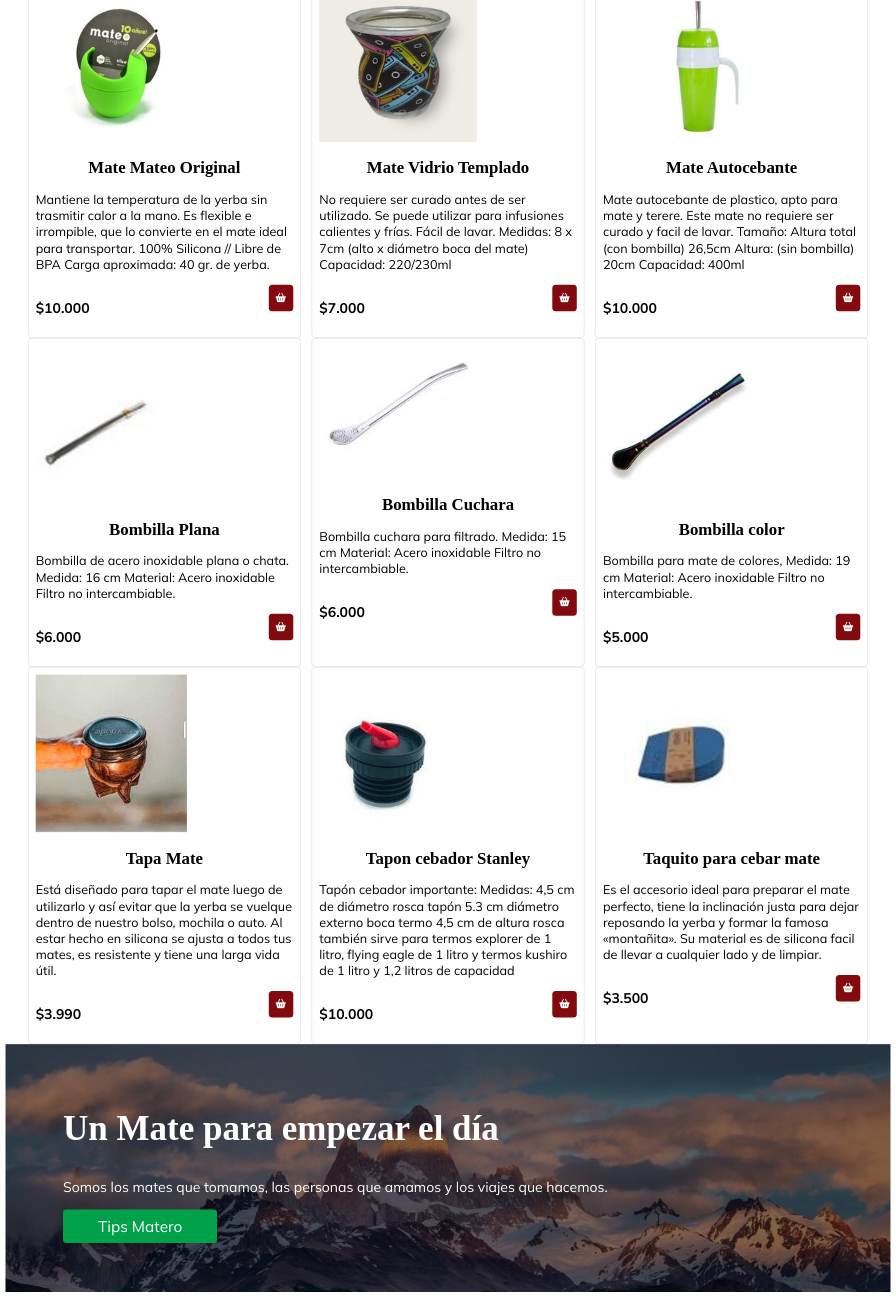
Repository: PiaTrujillo/LICANDEO-main
Page: index.html
The author's editor kept a copy of each file at every save. The page is drawn from the files as they stood at one save, then again after the next save.
The browser window is 1280 px wide. The pictures show the part of the page from y = 2214 to 4134 px (the page is 4073 px tall before and 4134 px after), at 70% of full size.
A picture or video elsewhere on the page could not be fetched, so the positions and the page height are approximate. Some web fonts or font styles are not loaded; a fallback is used. Some web libraries are served in a nearby version.

Above is the page before, as saved 2023-05-12 19:02:01.

After the next save:
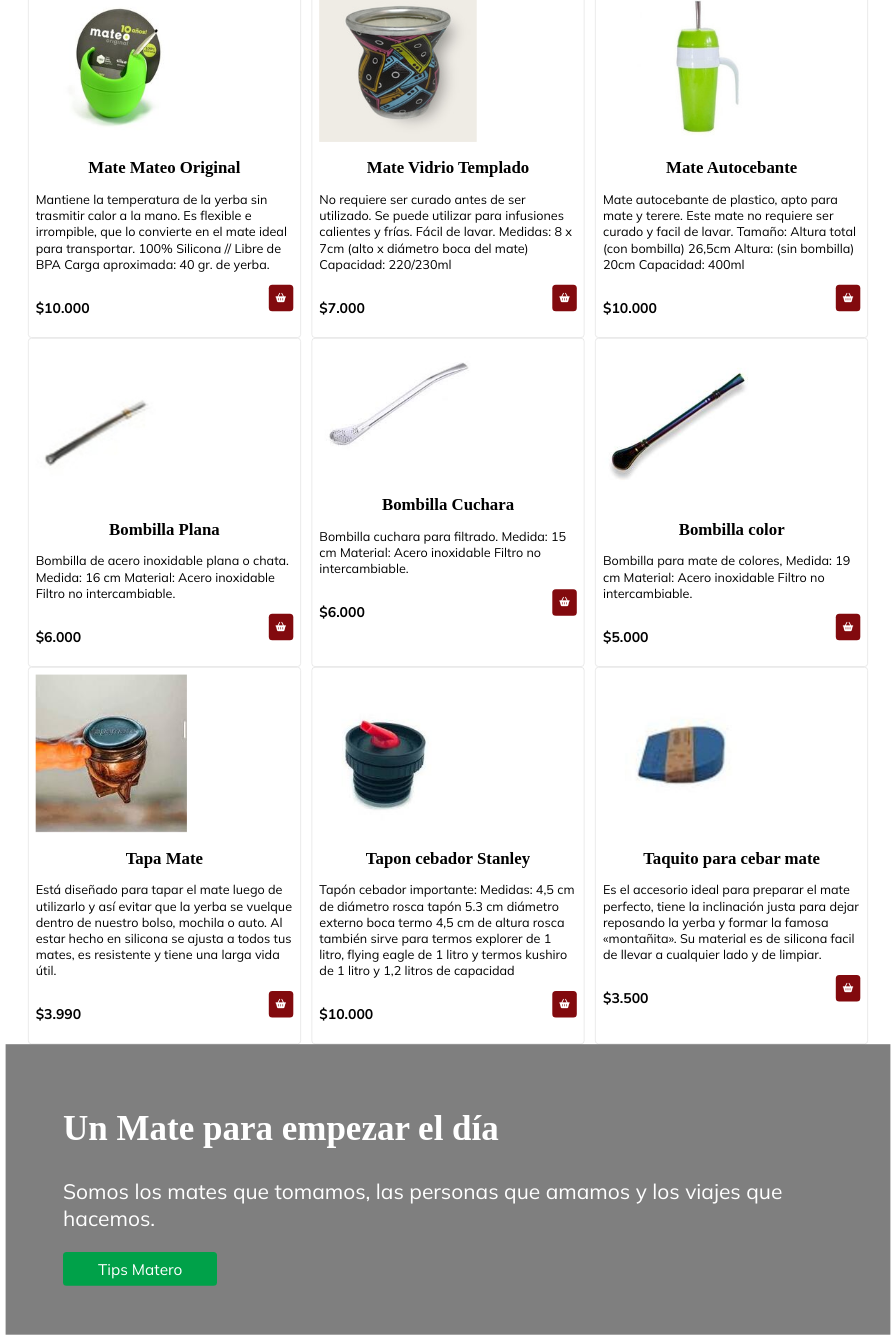
Not found: assets/img/ensalada.webp
Saved 12 s later.
--- a/css/estilos.css
+++ b/css/estilos.css
@@ -367,3 +367,48 @@
     height: 3.8rem;
 }
 /* separador */
+.separador{
+    background-image: url('../assets/img/ensalada.webp');
+    background-size: cover;
+    background-position: center center;
+    background-repeat: no-repeat;
+    position: relative;
+    z-index: 2;
+}
+.separador::before{
+    content: '';
+    position: absolute;
+    top: 0;
+    right: 0;
+    left: 0;
+    bottom: 0;
+    background-color: rgba(0,0,0,.5);
+    z-index: -1;
+}
+
+.contenido-separador{
+    padding: 5rem;
+}
+
+.contenido-separador h2{
+    font-size: 4rem;
+    color: var(--blanco);
+    text-align: center;
+}
+@media(min-width: 768px) {
+    .contenido-separador h2{
+        text-align: left;
+        font-size: 5rem;
+        color: var(--blanco);
+    }
+}
+.contenido-separador p{
+    color: var(--blanco);
+    font-size: 3rem;
+    text-align: center;
+}
+@media(min-width: 768px) {
+    .contenido-separador p{
+        text-align: left;
+    }
+}
